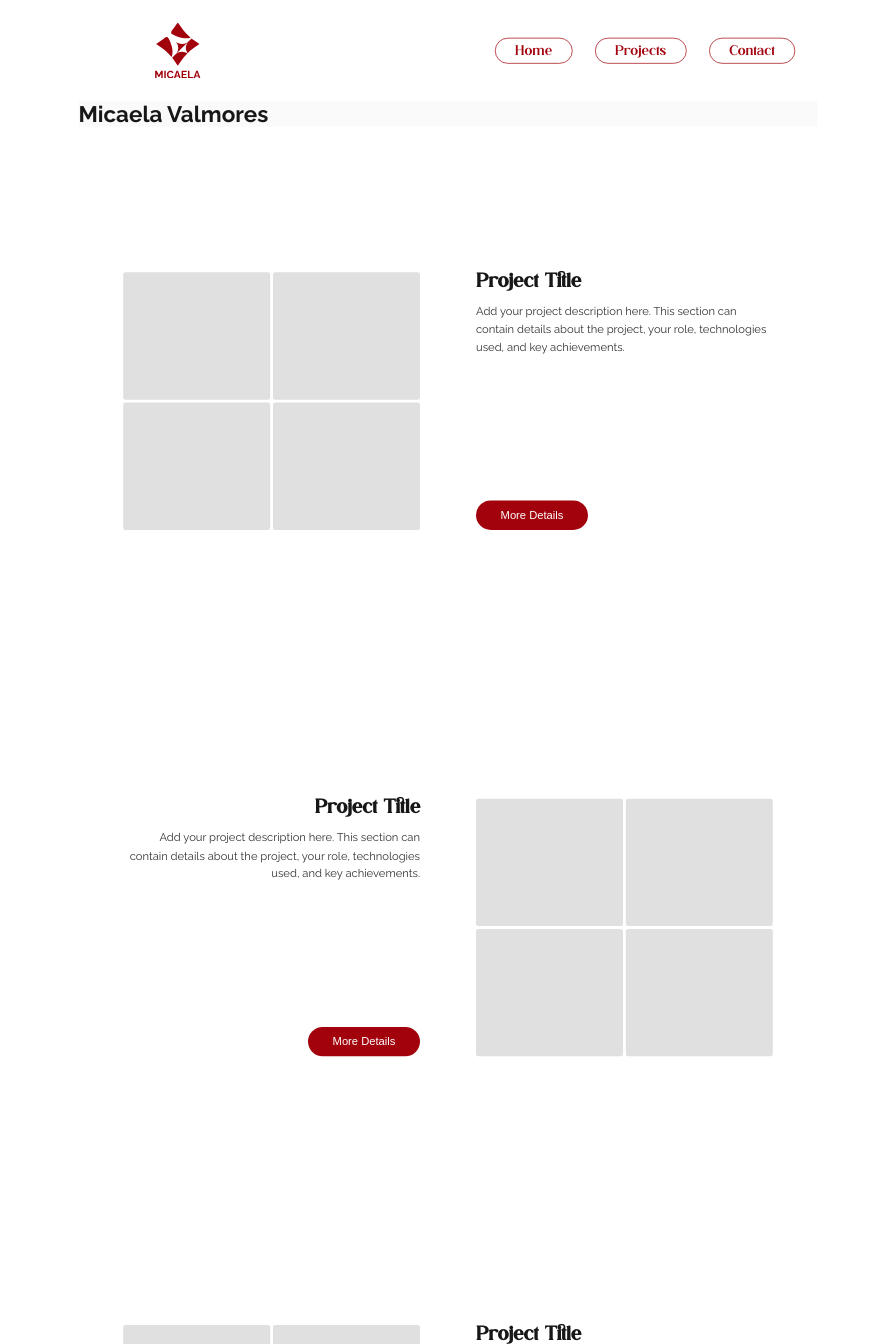
Repository: Micaelavalmores/Micaela-Portfolio
Page: /home-page
These files come from the project's save history. The page is drawn as it stood at one moment and after the next save; the edit follows.
The browser window is 1280 px wide. The pictures show the part of the page from y = 0 to 1920 px (the page is 3221 px tall before and 3285 px after), at 70% of full size.
The project was rebuilt for these pictures with package versions that can differ from the ones it lists, and the page was loaded fresh each time. The framework's server and built-in components were replaced by stand-ins that run in the browser. Also part of the build but not shown: next.config.mjs.

Above is the page before, as saved 2026-01-27 12:44:49.

### app/layout.js

import { Geist } from "next/font/google";
import { Raleway } from "next/font/google";
import "./globals.css";

const geistSans = Geist({
  variable: "--font-geist-sans",
  subsets: ["latin"],
});

const raleway = Raleway({
  variable: "--font-raleway",
  subsets: ["latin"],
});



export const metadata = {
  title: "Micaela Valmores",
  description: "Generated by create next app",
  icons: {
    icon: "/logos/micaela-logo.svg",
  },
};

export default function RootLayout({ children }) {
  return (
    <html lang="en">
      <body className={`${raleway.variable}`}>
        {children}
      </body>
    </html>
  );
}

### app/home-page/page.js
import Link from 'next/link'
import styles from '../page.module.css'
import FtProj from '../components/FtProj'
import Navbar from '../components/Navbar'

export default function HomePage() {
  return (
    <main className={styles.page}>
      <nav className='Nav-bar'>
        </nav>
      <Navbar />
      <div className='intro-sec'>
        <h1>Micaela Valmores</h1>
      </div>
      <div className={styles['Proj-sec']}>
        <FtProj reversed={false}/>
        <FtProj reversed={true} />
        <FtProj reversed={false}/>
        <FtProj reversed={true} />
      </div>
    </main>
  )
}

### app/globals.css
:root {
  --background: #ffffff;
  --foreground: #171717;
  --font-ghaista: 'Ghaista', var(--font-raleway);
}

@font-face {
  font-family: 'Ghaista';
  src: url('/fonts/Ghaitsa.ttf') format('truetype');
  font-weight: 400;
  font-style: normal;
  font-display: swap;
}

@media (prefers-color-scheme: dark) {
  :root {
    --background: #0a0a0a;
    --foreground: #ffffff;
  }
}

html,
body {
  max-width: 100vw;
  overflow-x: hidden;
}

body {
  color: var(--foreground);
  background: var(--background);
  font-family: var(--font-raleway);
  -webkit-font-smoothing: antialiased;
  -moz-osx-font-smoothing: grayscale;
}

* {
  box-sizing: border-box;
  padding: 0;
  margin: 0;
}

a {
  color: inherit;
  text-decoration: none;
}

@media (prefers-color-scheme: dark) {
  html {
    color-scheme: dark;
  }
}

/* Horizontal page margins */
body {
  margin-left: 10rem;
  margin-right: 10rem;
}

/* Tablet: screens between iPhone and iPad */
@media (min-width: 430px) and (max-width: 1024px) {
  body {
    margin-left: 4rem;
    margin-right: 4rem;
  }
}

/* iPad Pro 13in — reduce margins to 7rem */
@media (min-width: 1024px) and (max-width: 1366px) {
  body {
    margin-left: 7rem;
    margin-right: 7rem;
  }
}

/* Mobile horizontal margins: any width smaller than 430px */
@media (max-width: 430px) {
  body {
    margin-left: 3rem;
    margin-right: 3rem;
  }
}

### app/page.module.css
.page {
  --background: #fafafa;
  --foreground: #fff;

  --text-primary: #000;
  --text-secondary: #666;

  --button-primary-hover: #383838;
  --button-secondary-hover: #f2f2f2;
  --button-secondary-border: #ebebeb;

  display: grid;
  grid-template-columns: 1fr;
  min-height: 100vh;
  font-family: var(--font-geist-sans);
  background-color: var(--background);
}

.Proj-sec {
  display: flex;
  flex-direction: column;
  align-items: center;
  gap: 2rem;
  padding: 2rem;
  background-color: #ffff;
}

.intro-sec {
  display: flex;
  flex-direction: column;
  align-items: center;
  gap: 1rem;
  padding: 2rem;
  background-color: #ffff;
}

.main {
  display: flex;
  min-height: 100vh;
  width: 100%;
  max-width: 800px;
  flex-direction: column;
  align-items: flex-start;
  justify-content: space-between;
  background-color: var(--foreground);
  padding: 120px 60px;
}

.intro {
  display: flex;
  flex-direction: column;
  align-items: flex-start;
  text-align: left;
  gap: 24px;
}

.intro h1 {
  max-width: 320px;
  font-size: 40px;
  font-weight: 600;
  line-height: 48px;
  letter-spacing: -2.4px;
  text-wrap: balance;
  color: var(--text-primary);
}

.intro p {
  max-width: 440px;
  font-size: 18px;
  line-height: 32px;
  text-wrap: balance;
  color: var(--text-secondary);
}

.intro a {
  font-weight: 500;
  color: var(--text-primary);
}

.ctas {
  display: flex;
  flex-direction: row;
  width: 100%;
  max-width: 440px;
  gap: 16px;
  font-size: 14px;
}

.ctas a {
  display: flex;
  justify-content: center;
  align-items: center;
  height: 40px;
  padding: 0 16px;
  border-radius: 128px;
  border: 1px solid transparent;
  transition: 0.2s;
  cursor: pointer;
  width: fit-content;
  font-weight: 500;
}

a.primary {
  background: var(--text-primary);
  color: var(--background);
  gap: 8px;
}

a.secondary {
  border-color: var(--button-secondary-border);
}

/* Enable hover only on non-touch devices */
@media (hover: hover) and (pointer: fine) {
  a.primary:hover {
    background: var(--button-primary-hover);
    border-color: transparent;
  }

  a.secondary:hover {
    background: var(--button-secondary-hover);
    border-color: transparent;
  }
}

@media (max-width: 600px) {
  .main {
    padding: 48px 24px;
  }

  .intro {
    gap: 16px;
  }

  .intro h1 {
    font-size: 32px;
    line-height: 40px;
    letter-spacing: -1.92px;
  }
}

@media (prefers-color-scheme: dark) {
  .logo {
    filter: invert();
  }

  .page {
    --background: #000;
    --foreground: #000;

    --text-primary: #ededed;
    --text-secondary: #999;

    --button-primary-hover: #ccc;
    --button-secondary-hover: #1a1a1a;
    --button-secondary-border: #1a1a1a;
  }
}

### app/components/FtProj.js
'use client';

import styles from './FtProj.module.css';

/*
  HOW TO USE:
  The FtProj component has two layout states controlled by the reversed prop:
  1. Default (reversed={false}): Images on left, text on right (left-justified)
  2. Reversed (reversed={true}): Text on left (right-justified), images on right

  Layout changes can only be controlled in the backend by passing the reversed prop.
  Users cannot change the layout.

  Usage examples:
  <FtProj /> - Standard layout
  <FtProj reversed={true} /> - Reversed layout
*/

export default function FtProj({ reversed = false }) {
  return (
    <div className={`${styles.container} ${reversed ? styles.reversed : ''}`}>
      {/* Left Column - Text (if reversed) / Images (if standard) */}
      {!reversed ? (
        // Standard: Images on left
        <div className={styles.imagesColumn}>
          <div className={styles.imagePlaceholder}></div>
          <div className={styles.imagePlaceholder}></div>
          <div className={styles.imagePlaceholder}></div>
          <div className={styles.imagePlaceholder}></div>
        </div>
      ) : (
        // Reversed: Text on left
        <div className={styles.textColumn}>
          <div className={styles.textContent}>
            <h2>Project Title</h2>
            <p>Add your project description here. This section can contain details about the project, your role, technologies used, and key achievements.</p>
          </div>
          <button className={styles.projectButton}>More Details</button>
        </div>
      )}

      {/* Right Column - Text (if standard) / Images (if reversed) */}
      {!reversed ? (
        // Standard: Text on right
        <div className={styles.textColumn}>
          <div className={styles.textContent}>
            <h2>Project Title</h2>
            <p>Add your project description here. This section can contain details about the project, your role, technologies used, and key achievements.</p>
          </div>
          <button className={styles.projectButton}>More Details</button>
        </div>
      ) : (
        // Reversed: Images on right
        <div className={styles.imagesColumn}>
          <div className={styles.imagePlaceholder}></div>
          <div className={styles.imagePlaceholder}></div>
          <div className={styles.imagePlaceholder}></div>
          <div className={styles.imagePlaceholder}></div>
        </div>
      )}
    </div>
  );
}

### app/components/Navbar.js
import Link from "next/link";
import Image from "next/image";
import styles from "./Navbar.module.css";

export default function Navbar() {
  return (
    <nav className={styles.navbar}>
      <Link href="/" className={styles.logoContainer}>
        <Image
          src="/logos/logo-name.svg"
          alt="Micaela Valmores"
          width={220}
          height={80}
          priority
        />
      </Link>

      <ul className={styles.navLinks}>
        <li>
          <Link href="/">Home</Link>
        </li>
        <li>
          <Link href="/projects-page">Projects</Link>
        </li>
        <li>
          <Link href="/contact">Contact</Link>
        </li>
      </ul>
    </nav>
  );
}

### app/components/FtProj.module.css
.container {
  width: 60rem;
  height: 25rem;
  display: grid;
  grid-template-columns: 1fr 1fr;
  gap: 5rem;
  padding: 1rem;
  margin: 10rem 0;
}

.container.reversed {
  grid-template-columns: 1fr 1fr;
}

.reversed .textContent {
  text-align: right;
}

.reversed .textColumn {
  text-align: right;
}

.reversed .projectButton {
  justify-self: end;
}

.imagesColumn {
  display: grid;
  grid-template-columns: 1fr 1fr;
  gap: 0.2rem;
}

.imagePlaceholder {
  width: 100%;
  height: 100%;
  background-color: #e0e0e0;
  border-radius: 0.2rem;
}

.textColumn {
  display: grid;
  grid-template-rows: 1fr auto;
  gap: 2rem;
}

.textContent {
  display: flex;
  flex-direction: column;
}

.textColumn h2 {
  margin: 0 0 1rem 0;
  font-size: 1.75rem;
  font-family: ghaista;
}

.textColumn p {
  margin: 0;
  line-height: 1.6;
  color: #333;
  font-size: 1rem;
}

.projectButton {
  align-self: start;
  width: 10rem;
  padding: 0.75rem 1.5rem;
  background-color: #A2020C;
  color: #fff;
  border: none;
  border-radius: 5rem;
  font-size: 1rem;
  cursor: pointer;
}

.projectButton:hover {
  background-color: #b62d36;
}

### app/components/Navbar.module.css
.navbar {
  display: flex;
  justify-content: space-between;
  width: 100%;
  align-items: center;
  padding: 2rem 2rem;
  background-color: #ffffff;
  position: sticky;
  top: 0;
  z-index: 1000;
}

.logoContainer {
  display: flex;
  align-items: center;
  transition: opacity 0.3s ease;
}

.logoContainer:hover {
  opacity: 0.8;
}

.navLinks {
  display: flex;
  gap: 2rem;
  list-style: none;
  margin: 0;
  padding: 0;
  align-items: center;
}

.navLinks li {
  margin: 0;
}

.navLinks a {
  text-decoration: none;
  color: #A2020C;
  font-size: 1.25rem;
  font-weight: 500;
  transition: color 0.3s ease;
  position: relative;
  border: solid 1px #A2020C;
  border-radius: 3rem;
  padding: 0.50rem 1.75rem;
  font-family: ghaista;
}

.navLinks a:hover {
  color: #0070f3;
}



.navLinks a:hover::after {
  width: 100%;
}

/* Responsive design */
/* @media (max-width: 768px) {
  .navbar {
    padding: 1rem 1.5rem;
  }

  .navLinks {
    gap: 1.5rem;
  }

  .navLinks a {
    font-size: 0.9rem;
  }
} */

/* @media (max-width: 480px) {
  .navbar {
    padding: 0.75rem 1rem;
  }

  .navLinks {
    gap: 1rem;
  }

  .navLinks a {
    font-size: 0.85rem;
  }
} */

After the next save:
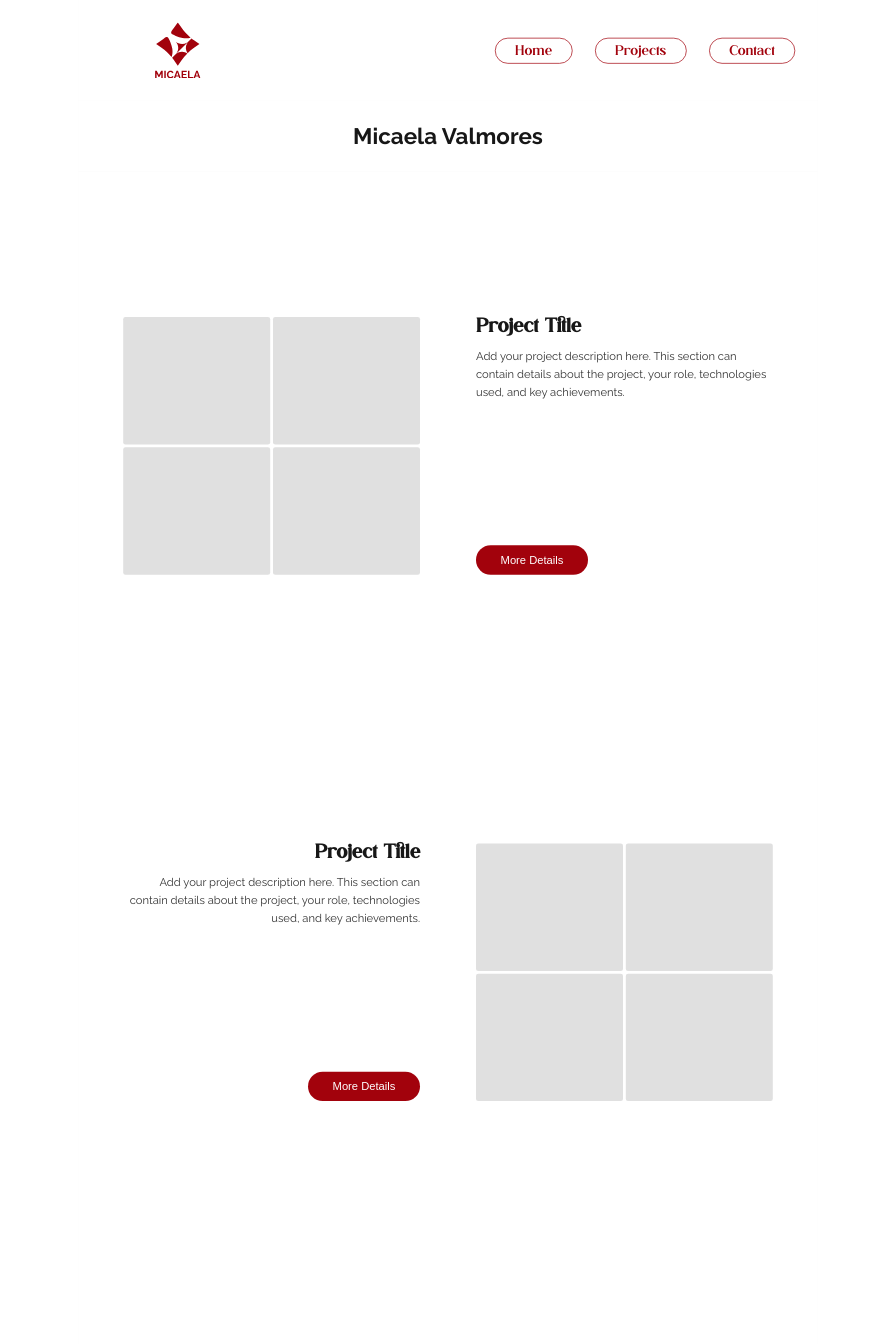
Saved 4 s later.
--- a/app/home-page/page.js
+++ b/app/home-page/page.js
@@ -9,7 +9,7 @@ export default function HomePage() {
       <nav className='Nav-bar'>
         </nav>
       <Navbar />
-      <div className='intro-sec'>
+      <div className={styles['intro-sec']}>
         <h1>Micaela Valmores</h1>
       </div>
       <div className={styles['Proj-sec']}>
